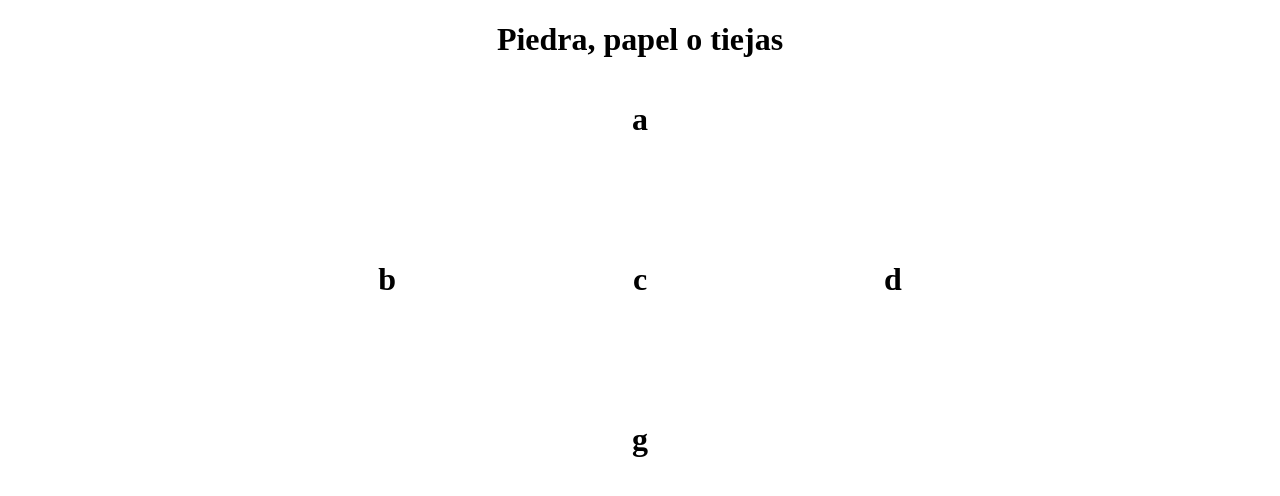
Repository: Kevin8548/FundamentosJS
Page: scissors.html
The author's editor kept a copy of each file at every save. The page is drawn from the files as they stood at one save, then again after the next save.
The browser window is 1280 px wide. The pictures show the whole page.

Above is the page before, as saved 2024-09-22 23:43:07.
Console error: SyntaxError: Unexpected token ';'

After the next save:
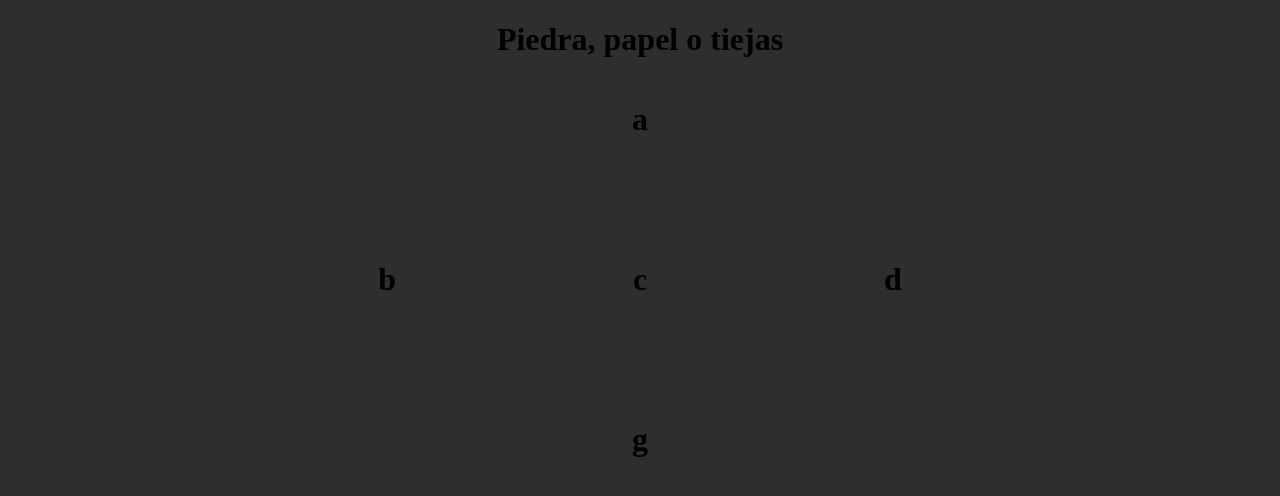
Saved 43 s later.
--- a/scissors.html
+++ b/scissors.html
@@ -22,6 +22,10 @@
 h1{
     text-align: center;
 }
+
+body{
+    background-color: rgb(45, 46, 46);
+}
     </style>
 </head>
 <body>
